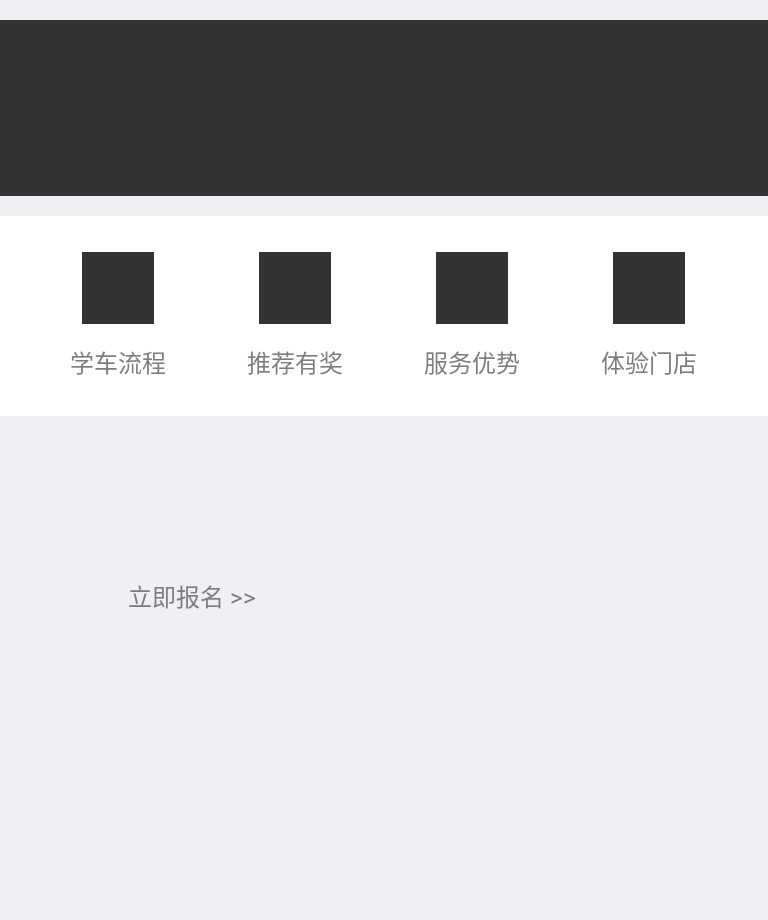
Repository: BugBang/paipaixueche
Layout: DGJP/res/layout/act_home_pager.xml
An editor plug-in stored every save of this project. The layout is shown before and after the next save, followed by the edit.
The pictures show rows 360 to 1280 of an output 1280 px tall.
It is drawn on a 768 x 1280 px phone screen (xhdpi) without system bars, with theme android:Theme; the app's code is not run.

Above is the layout before, as saved 2016-11-11 08:44:13.

After the next save:
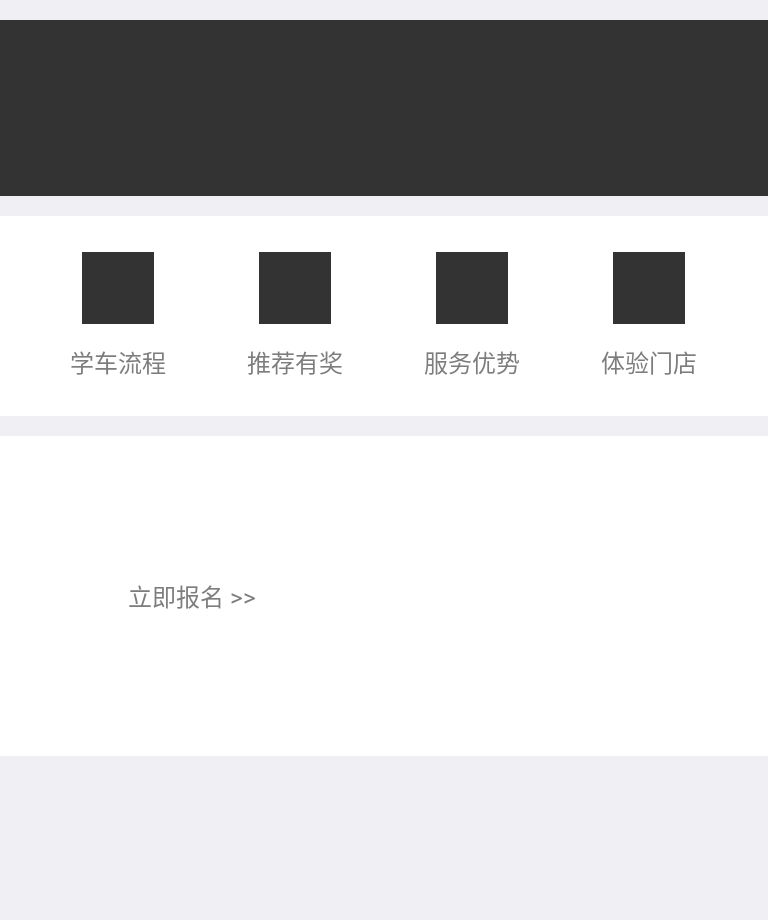
Saved 29 s later.
--- a/DGJP/res/layout/act_home_pager.xml
+++ b/DGJP/res/layout/act_home_pager.xml
@@ -168,6 +168,7 @@
         android:layout_width="match_parent"
         android:layout_height="160dp"
         android:orientation="horizontal"
+        android:background="@color/white"
         >
         <LinearLayout
             android:gravity="center"
